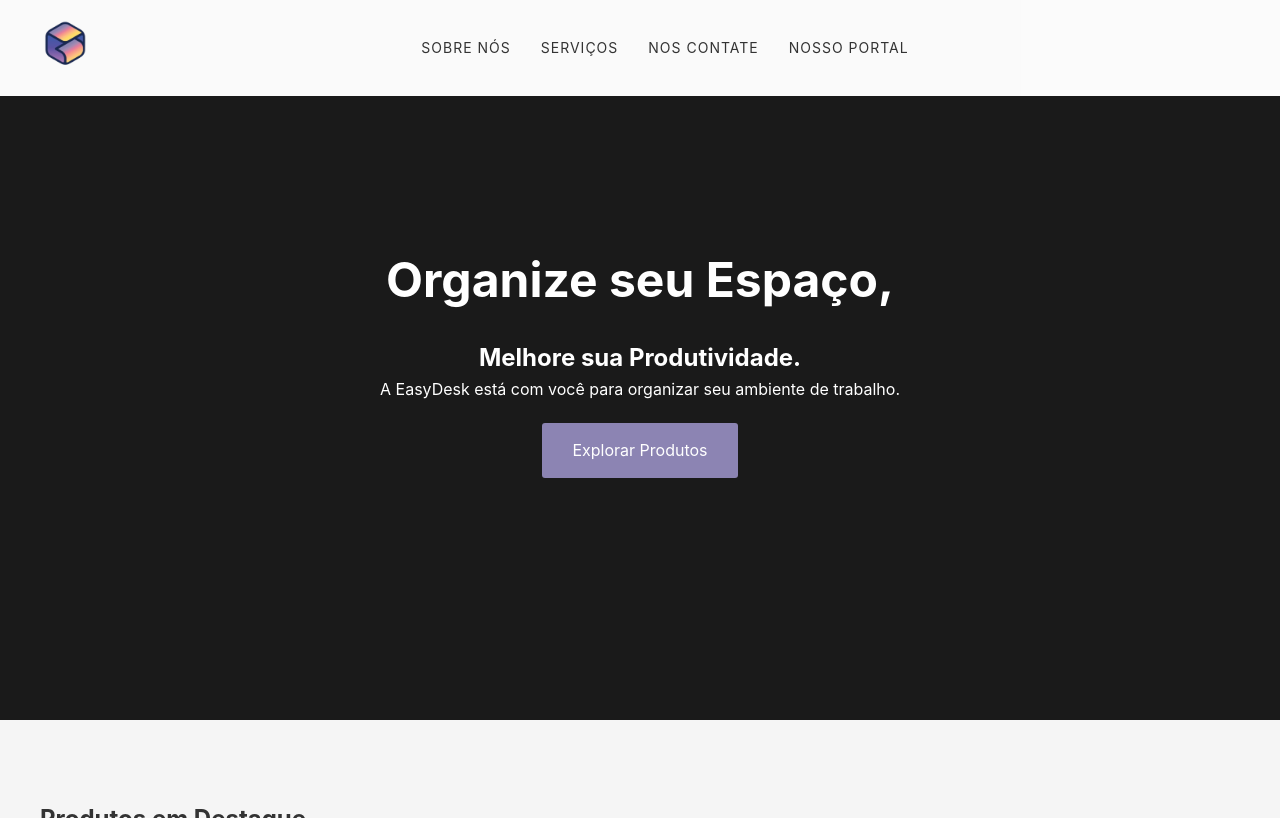
Repository: Gabrielb0rn/0EasyDesk.io
Page: index.html
An editor plug-in stored every save of this project. The page is shown before and after a run of saves, followed by the edit.
The browser window is 1280 px wide. The pictures show the part of the page from y = 0 to 818 px (the page is 1927 px tall).
A picture or video elsewhere on the page could not be fetched, so the positions and the page height are approximate.

Above is the page before, as saved 2024-10-31 15:10:22.

After the next 4 saves:
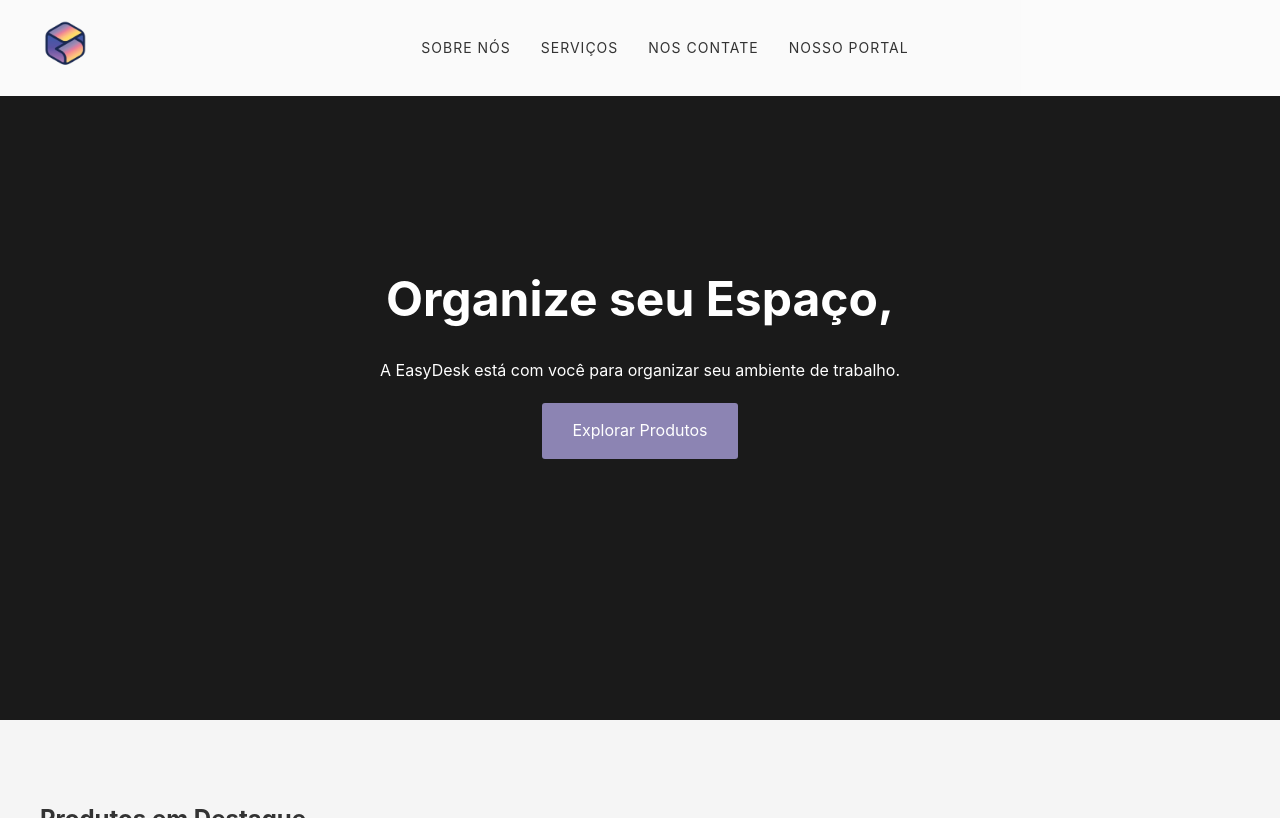
The 4 saves are shown as one change because they came seconds apart.
The last was saved 13 s later.
--- a/index.html
+++ b/index.html
@@ -29,8 +29,8 @@
     <!-- Hero Section com Imagem Full-width -->
     <section class="hero">
         <div class="hero-content">
-            <h1>Organize seu Espaço,</h1>
-            <h2> Melhore sua Produtividade.</h2>
+            <h1>Organize seu Espaço,<br></h1>
+            <h2></h2>
             <p>A EasyDesk está com você para organizar seu ambiente de trabalho.</p>
             <a href="/produtos" class="cta-button">Explorar Produtos</a>
         </div>

After the save that followed:
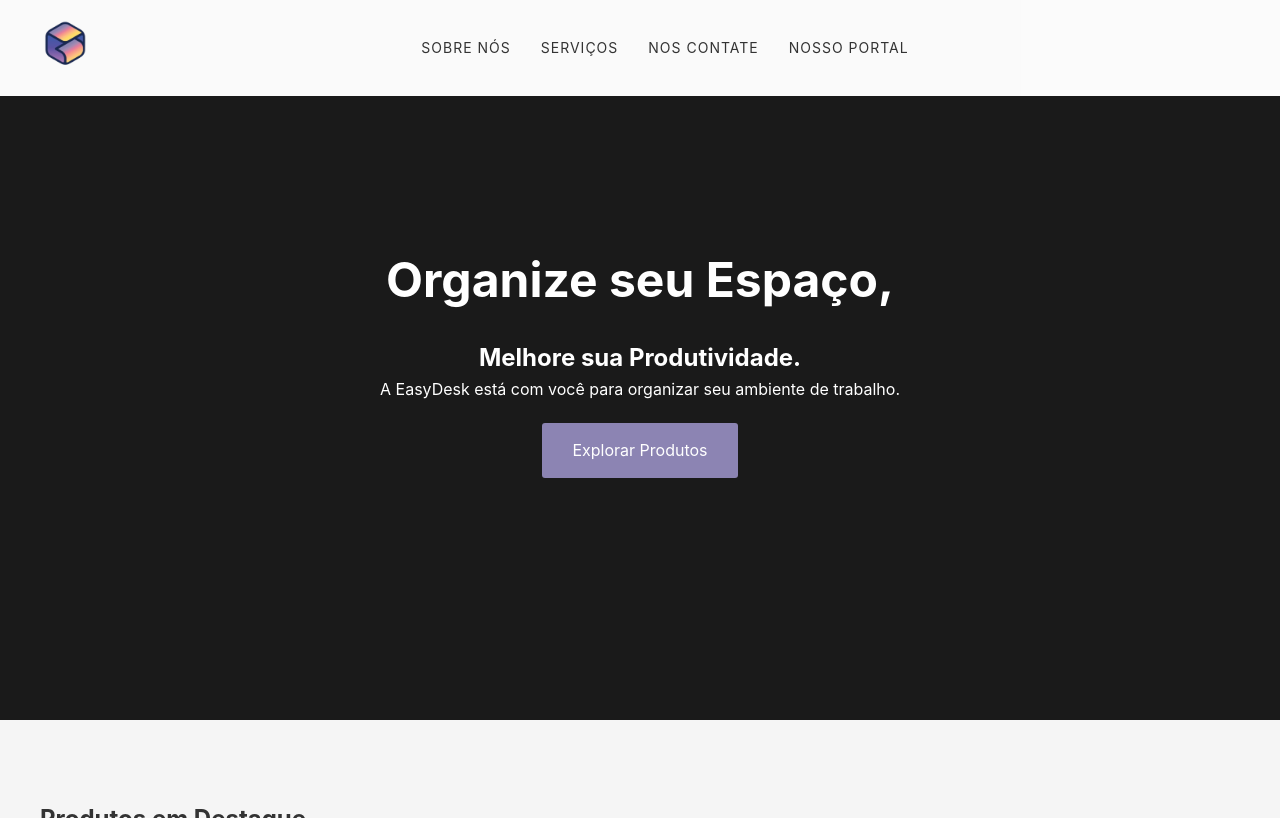
Saved 4 s later.
--- a/index.html
+++ b/index.html
@@ -29,7 +29,7 @@
     <!-- Hero Section com Imagem Full-width -->
     <section class="hero">
         <div class="hero-content">
-            <h1>Organize seu Espaço,<br></h1>
+            <h1>Organize seu Espaço,<br><h2> Melhore sua Produtividade.</h2></h1>
             <h2></h2>
             <p>A EasyDesk está com você para organizar seu ambiente de trabalho.</p>
             <a href="/produtos" class="cta-button">Explorar Produtos</a>
